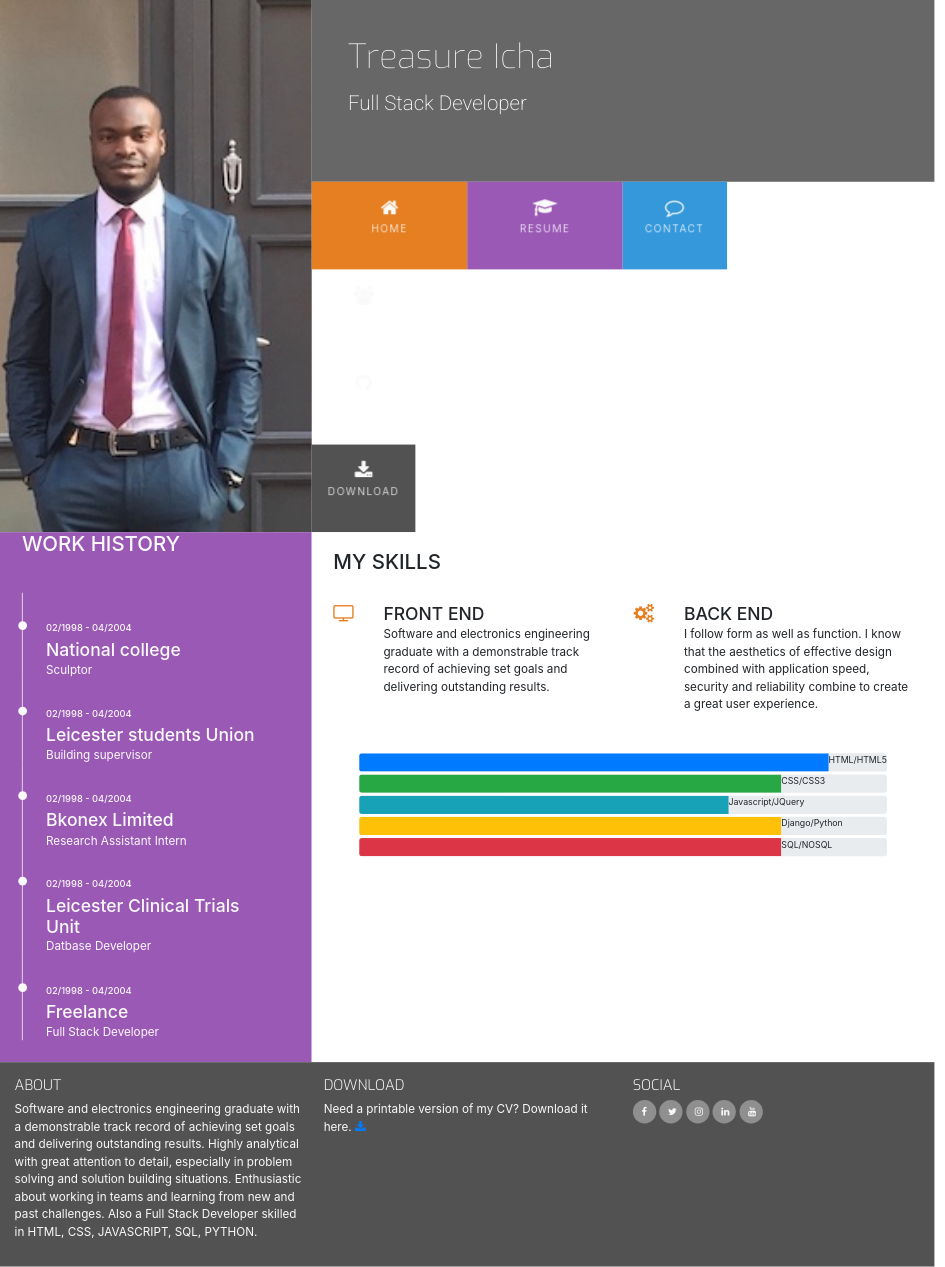
Repository: IchaTreasure/cv-project
Page: resume.html
The author's editor kept a record of every edit. The page is drawn from the files as they stood at one moment, then again after the next edit.
The browser window is 1280 px wide. The page is 1295 px wide, so the pictures cover 1295 px, including what lies to the right of the window. The pictures show the whole page, at 73% of full size.

Above is the page before.

After the next edit:
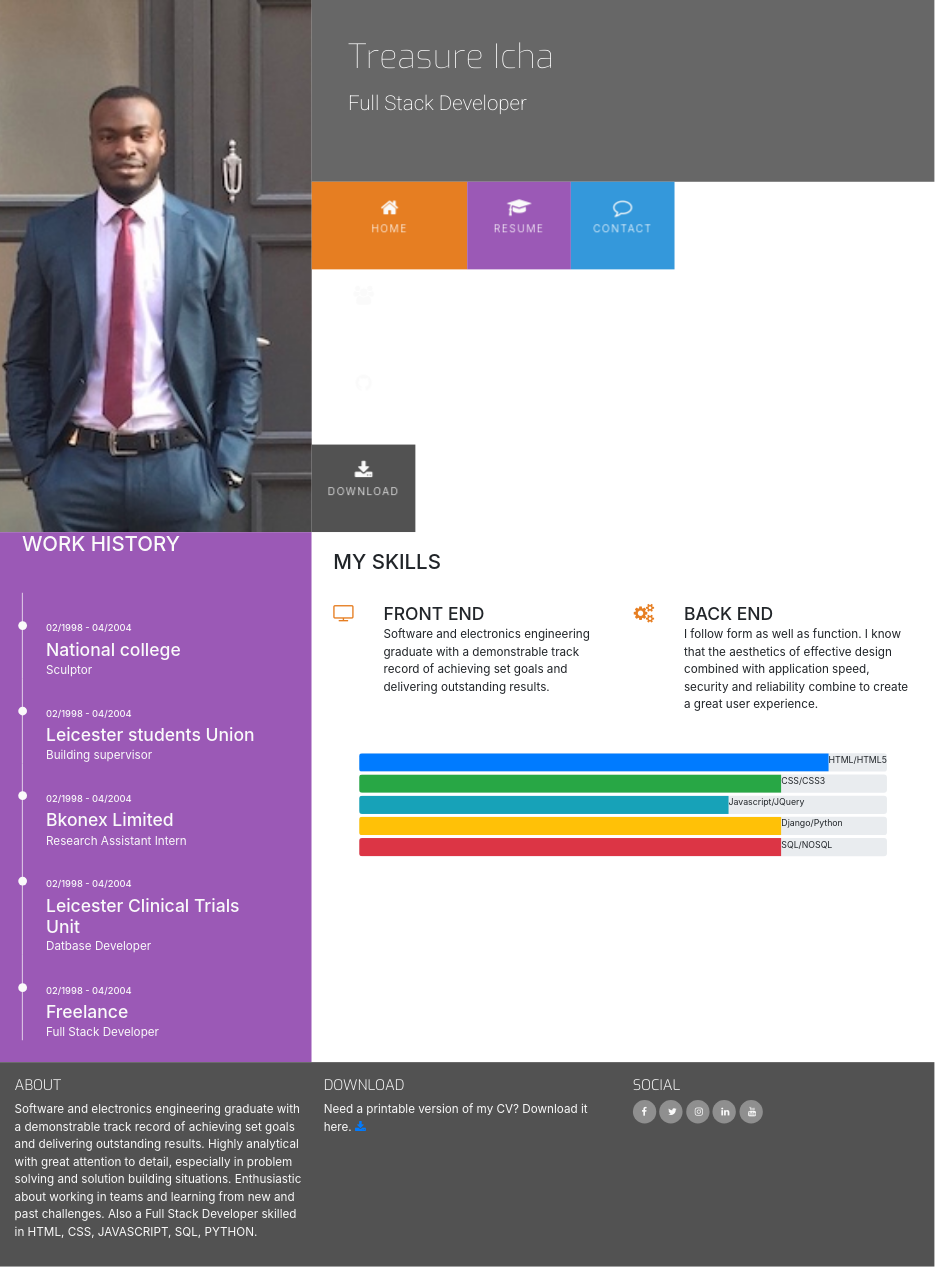
The edit:
--- a/resume.html
+++ b/resume.html
@@ -32,7 +32,7 @@
                                 <a href="index.html" class = "hvr-sweep-to-bottom"><i class = " fa fa-home" aria-hidden="true"></i> <span>Home</span></a>
                             </li>
 
-                            <li class = "col-6 col-sm-3 ui-menu-color-resume list-inline-item menuitem">
+                            <li class = "col-xs-6 col-sm-2 ui-menu-color-resume list-inline-item menuitem">
                                 <a href="resume.html" class = "hvr-sweep-to-bottom"><i class = " fa fa-graduation-cap" aria-hidden="true"></i> <span>Resume</span></a>
                             </li>
 
